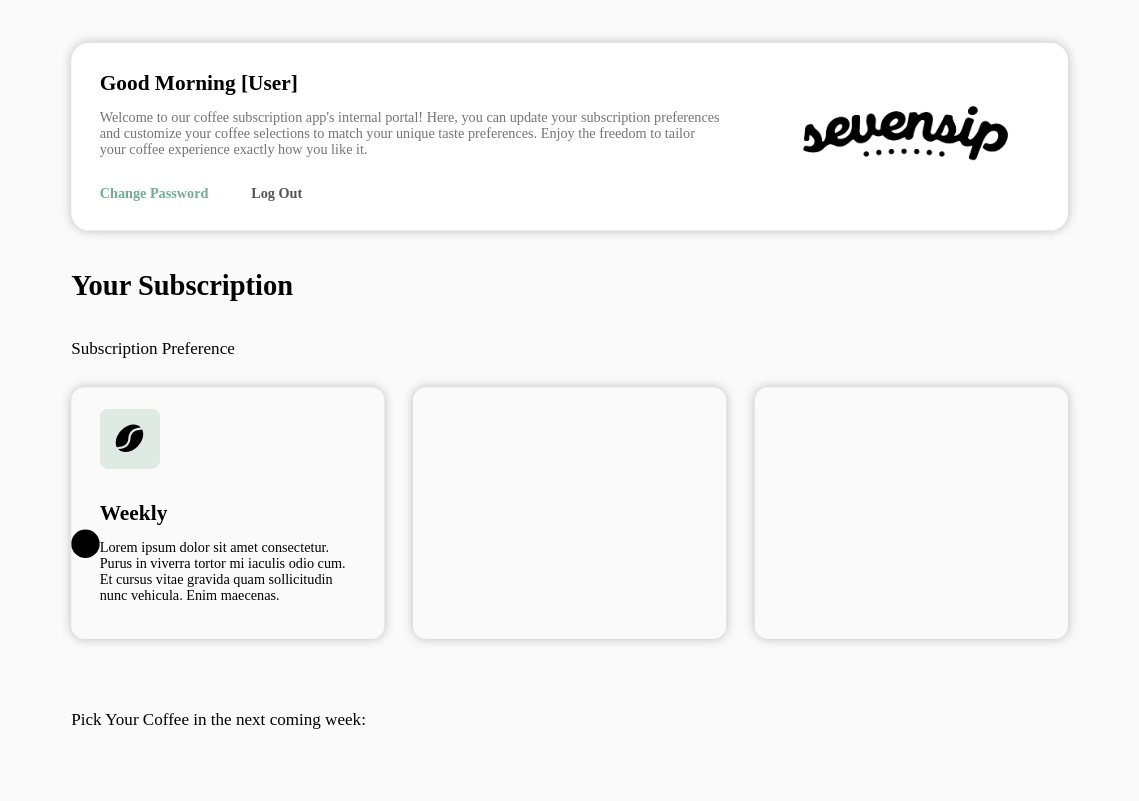
Repository: Haydenleung/COMP-4170-Final-Project
Page: http://localhost/main
The author's editor kept a copy of each file at every save. The page is drawn from the files as they stood at one save, then again after the next save.
The browser window is 1280 px wide. The pictures show the whole page, at 89% of full size.
The page is served by the project's Node server (app.js).

Above is the page before, as saved 2024-03-22 18:13:28.

After the next save:
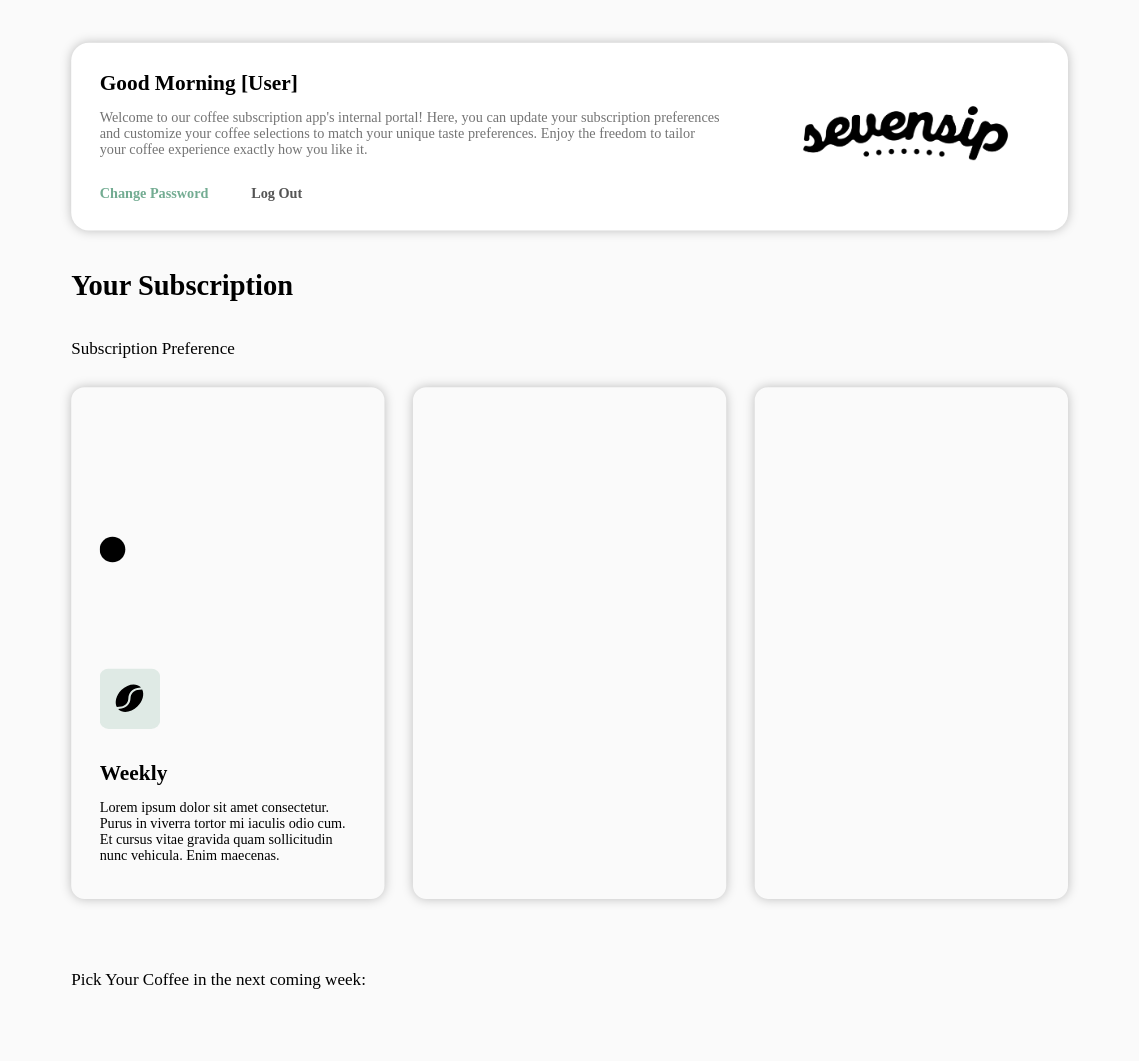
Saved 9 s later.
--- a/views/main.ejs
+++ b/views/main.ejs
@@ -25,8 +25,8 @@
                 <h5>Subscription Preference</h5>
                 <div class="subscribe-container">
                     <div class="sub-option">
-                        <svg class="tick" viewBox="0 0 100 100" xmlns="http://www.w3.org/2000/svg">
-                            <circle cx="5" cy="55" r="5" />
+                        <svg viewBox="0 0 100 100" xmlns="http://www.w3.org/2000/svg">
+                            <circle class="tick" cx="5" cy="55" r="5" />
                         </svg>
                         <img class="sub-icon" src="/images/week.svg" alt="icon" />
                         <div class="sub-title">Weekly</div>

After the save that followed:
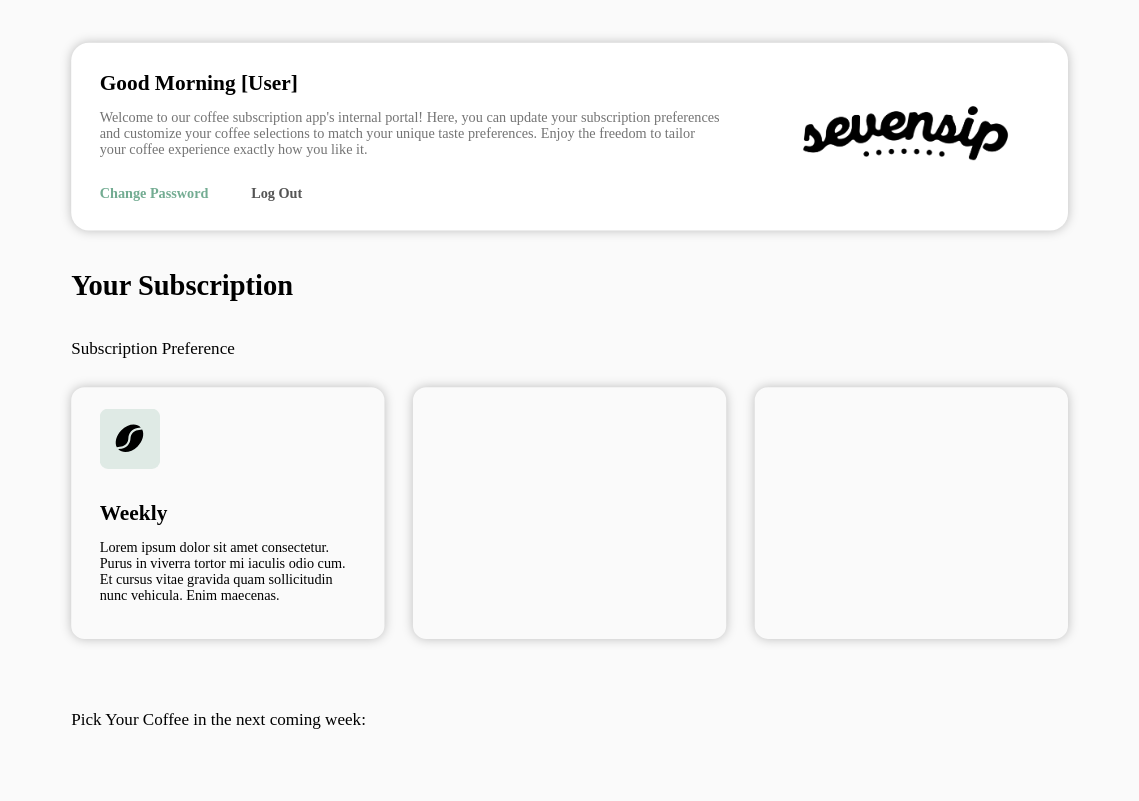
Saved 7 s later.
--- a/views/main.ejs
+++ b/views/main.ejs
@@ -25,9 +25,11 @@
                 <h5>Subscription Preference</h5>
                 <div class="subscribe-container">
                     <div class="sub-option">
-                        <svg viewBox="0 0 100 100" xmlns="http://www.w3.org/2000/svg">
-                            <circle class="tick" cx="5" cy="55" r="5" />
-                        </svg>
+                        <div class="tick">
+                            <svg class="tick" viewBox="0 0 100 100" xmlns="http://www.w3.org/2000/svg">
+                                <circle cx="50" cy="50" r="50" />
+                            </svg>
+                        </div>
                         <img class="sub-icon" src="/images/week.svg" alt="icon" />
                         <div class="sub-title">Weekly</div>
                         <p class="sub-body">Lorem ipsum dolor sit amet consectetur. Purus in viverra tortor mi iaculis
